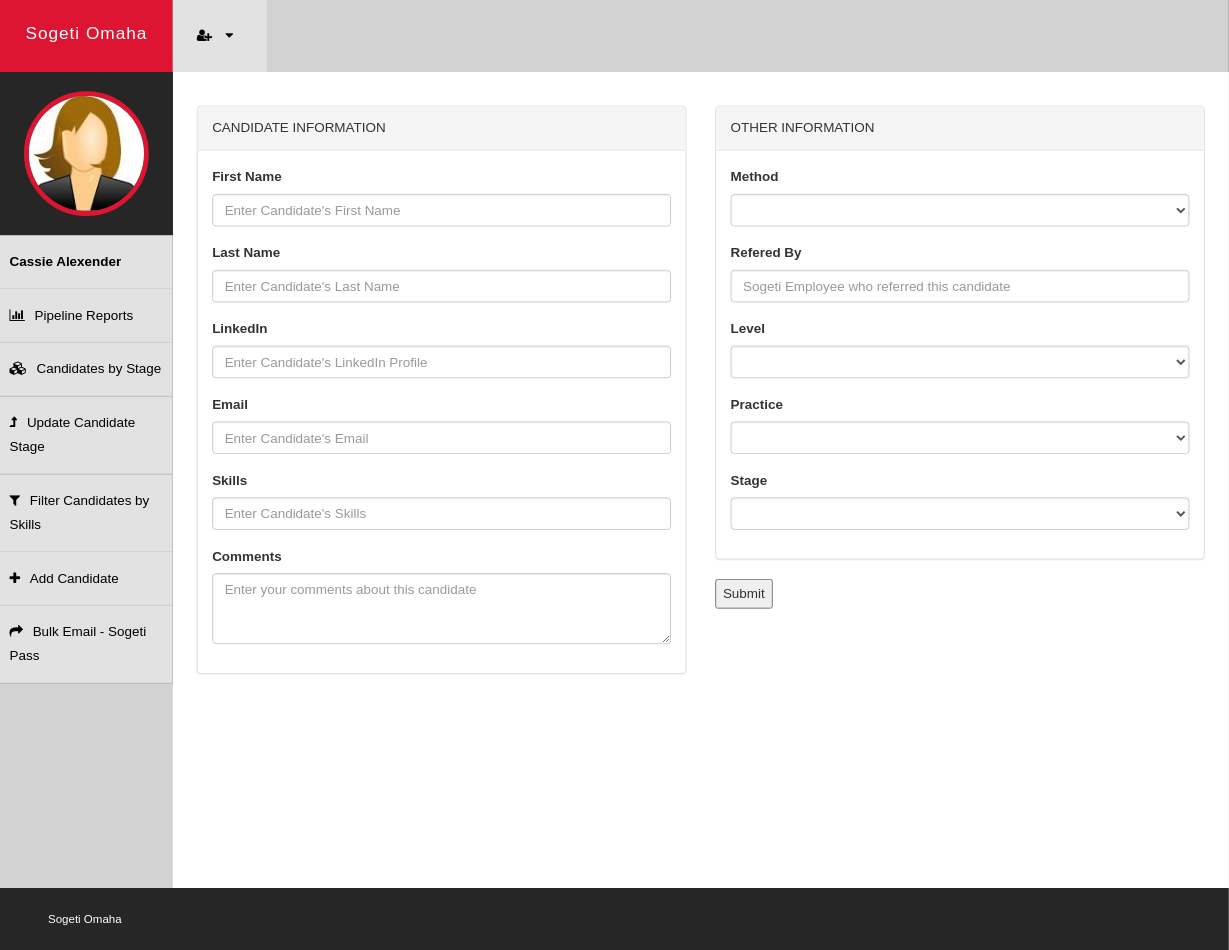
Repository: prasanana/Omaha-Sogeti-Recruiting
Page: http://localhost/Omaha_Sogeti_Recruitment/AddCandidate.jsp
An editor plug-in stored every save of this project. The page is shown before and after the next save, followed by the edit.
The browser window is 1280 px wide. The pictures show the whole page, at 96% of full size.
Some web fonts or font styles are not loaded; a fallback is used. The page is served by Tomcat 9. Other server files are loaded and not shown. The template is opened directly, without the code that normally fills it, so the values that code supplies are empty.

Above is the page before, as saved 2015-03-25 18:12:16.

### OmahaSogetiRecruitingWS/Omaha_Sogeti_Recruitment/WebContent/AddCandidate.jsp
<%@ taglib uri="http://java.sun.com/jsp/jstl/core" prefix="c" %>
<%@ taglib uri="http://java.sun.com/jsp/jstl/fmt" prefix="fmt" %>
<%@ taglib prefix="fn" uri="http://java.sun.com/jsp/jstl/functions" %>
<%@ page language="java" contentType="text/html; charset=ISO-8859-1"
    pageEncoding="ISO-8859-1"%>
<!DOCTYPE html>
<html xmlns="http://www.w3.org/1999/xhtml">
<head>
<meta http-equiv="Content-Type" content="text/html; charset=ISO-8859-1">
<title>Add Candidate</title>
<link href="${pageContext.request.contextPath}/stylesheets/bootstrap.css" rel="stylesheet" >
<link href="${pageContext.request.contextPath}/stylesheets/font-awesome.css" rel="stylesheet">
<link href="${pageContext.request.contextPath}/stylesheets/style.css" rel="stylesheet"/>
<link href="${pageContext.request.contextPath}/stylesheets/jquery-ui.css" rel="stylesheet"/>
</head>
<body onload = "AddCandidateOnLoad()">
<div id="wrapper">
        <nav class="navbar navbar-default navbar-cls-top " role="navigation" style="margin-bottom: 0">
            <div class="navbar-header">
                <a  class="navbar-brand" href="#">Sogeti Omaha
                </a>
            </div>

            <div class="notifications-wrapper">
<ul class="nav">

                <li class="dropdown">
                    <a class="dropdown-toggle" data-toggle="dropdown" href="#">
                        <i class="fa fa-user-plus"></i>  <i class="fa fa-caret-down"></i>
                    </a>
                    <ul class="dropdown-menu dropdown-user">
                        <li><a href="#"><i class="fa fa-user-plus"></i> My Profile</a>
                        </li>
                        <li class="divider"></li>
                        <li><a href="#"><i class="fa fa-sign-out"></i> Logout</a>
                        </li>
                    </ul>
                </li>
            </ul>
            </div>
        </nav>
        <!-- /. NAV TOP  -->
        <nav  class="navbar-default navbar-side" role="navigation">
            <div class="sidebar-collapse">
                <ul class="nav" id="main-menu">
                    <li>
                        <div class="user-img-div">
                            <img src="${pageContext.request.contextPath}/images/user.jpg" class="img-circle" />
                        </div>

                    </li>
                     <li>
                        <a  href="#"> <strong> Cassie Alexender </strong></a>
                    </li>

                    <li>
                        <a   href="https://public.tableausoftware.com/profile/prasanna7470#!/vizhome/SalesMeetingRecruitingPipelineworkbook/SalesMeetingRecruitingPipeline" target="_blank">
                        <i class="fa fa-bar-chart "></i>Pipeline Reports</a>
                    </li>
                    <li>
                        <a href="${pageContext.request.contextPath}/CandidateByStage"><i class="fa fa-cubes "></i>Candidates by Stage</a>

                    </li>

                    <li>
                        <a href="${pageContext.request.contextPath}/UpdateCandidateStage"><i class="fa fa-level-up "></i>Update Candidate Stage </a>

                    </li>


                     <li>
                        <a href="${pageContext.request.contextPath}/FilterCandidates"><i class="fa fa-filter "></i>Filter Candidates by Skills</a>
                    </li>

                    <li>
                        <a href="${pageContext.request.contextPath}/AddCandidate"><i class="fa fa-plus "></i>Add Candidate</a>
                    </li>

                    <li>
                        <a href="${pageContext.request.contextPath}/SendEmail"><i class="fa fa-share "></i>Bulk Email - Sogeti Pass</a>
                    </li>

                </ul>
            </div>

        </nav>
        <!-- /. SIDEBAR MENU (navbar-side) -->
        <div id="page-wrapper" class="page-wrapper-cls">
            <div id="page-inner">
            <div class="row">
            <form name = "addCandidateForm" action="AddCandidate" method="post">
            <input type = "hidden" id = "hiddenSkills" name = "hiddenSkills" value = "${fn:escapeXml(skillSet)}"/>
                    <div class="col-md-6">
                        <div class="panel panel-default">
                        <div class="panel-heading">
                           CANDIDATE INFORMATION
                        </div>
                        <div class="panel-body">
  <div class="form-group">
    <label for="AddCandidateFirstName">First Name</label>
    <input type="text" class="form-control" id="AddCandidateFirstName" name = "AddCandidateFirstName" placeholder="Enter Candidate's First Name" required/>
  </div>
  <div class="form-group">
    <label for="AddCandidateLastName">Last Name</label>
    <input type="text" class="form-control" id="AddCandidateLastName" name = "AddCandidateLastName" placeholder="Enter Candidate's Last Name" required/>
  </div>
  <div class="form-group">
    <label for="AddCandidateLinkedIn">LinkedIn</label>
    <input type="text" class="form-control" id="AddCandidateLinkedIn" name = "AddCandidateLinkedIn" placeholder="Enter Candidate's LinkedIn Profile" />
  </div>
  <div class="form-group">
    <label for="AddCandidateEmail">Email</label>
    <input type="email" class="form-control" id="AddCandidateEmail" name = "AddCandidateEmail" placeholder="Enter Candidate's Email" required/>
  </div>
  <div class="form-group">
    <label for="AddCandidateSKill">Skills</label>
    <input type="text" class="form-control" id="AddCandidateSKill" name = "AddCandidateSKill" placeholder="Enter Candidate's Skills"/>
  </div>
  <div class="form-group">
    <label for="AddCandidateComments">Comments</label>
  <textarea class="form-control" rows="3" placeholder="Enter your comments about this candidate" id = "AddCandidateComments" name = "AddCandidateComments"></textarea>
  </div>
                            </div>
                            </div>
                    </div>
                   <div class="col-md-6">
                        <div class="panel panel-default">
                        <div class="panel-heading">
                           OTHER INFORMATION
                        </div>
                        <div class="panel-body">
                         <div class="form-group">
    						<label for="AddCandidateMethod">Method</label>

  							<select class="form-control" id = "AddCandidateMethod" name = "AddCandidateMethod" onchange = "showHideReferrer(this)">
                                                <c:forEach items="${addCandidateMethods}" var="addCandidateMethods">
					          <option value="${addCandidateMethods.key}">${addCandidateMethods.value}</option>
					        </c:forEach>
                           </select>
  						</div>
  						<div class="form-group" id = "referrer">
    						<label for="AddCandidateMethodReferal">Refered By</label>
  							<input type="text" class="form-control" id="AddCandidateMethodReferal" name = "AddCandidateMethodReferal" placeholder="Sogeti Employee who referred this candidate" />
  						</div>
  						<div class="form-group">
    						<label for="AddCandidateLevel">Level</label>
  							<select class="form-control" id = "AddCandidateLevel" name = "AddCandidateLevel">
                                                <c:forEach items="${addCandidateLevels}" var="addCandidateLevels">
					          <option value="${addCandidateLevels}">${addCandidateLevels}</option>
					        </c:forEach>
                           </select>
  						</div>
  						<div class="form-group">
    						<label for="AddCandidatePractice">Practice</label>
  							<select class="form-control" id = "AddCandidatePractice" name = "AddCandidatePractice">
                                                <c:forEach items="${addCandidatePractices}" var="addCandidatePractices">
					          <option value="${addCandidatePractices.key}">${addCandidatePractices.value}</option>
					        </c:forEach>
                           </select>
  						</div>
  						<div class="form-group">
    						<label for="AddCandidateStage">Stage</label>
  							<select class="form-control" id = "AddCandidateStage" name = "AddCandidateStage">
                                                <c:forEach items="${addCandidateStages}" var="addCandidateStages">
					          <option value="${addCandidateStages.key}">${addCandidateStages.value}</option>
					        </c:forEach>
                           </select>
  						</div>
                        </div>
                            </div>
                        </div>
                        <div class="col-md-6">
                    <input type = "submit" id = "addCandidateSubmit" value = "Submit" />
                    </div>
                   </form>
                </div>
            </div>
            <!-- /. PAGE INNER  -->
        </div>
        <!-- /. PAGE WRAPPER  -->
    </div>
    <!-- /. WRAPPER  -->
    <footer >
        Sogeti Omaha
    </footer>
    <!-- /. FOOTER  -->
    <!-- SCRIPTS -AT THE BOTOM TO REDUCE THE LOAD TIME-->
<script src="${pageContext.request.contextPath}/javascript/jquery-2.1.3.min.js"></script>
<script src="${pageContext.request.contextPath}/javascript/bootstrap.js"></script>
<script src="${pageContext.request.contextPath}/javascript/jquery.metisMenu.js"></script>
<script src="${pageContext.request.contextPath}/javascript/custom.js"></script>
<script src="${pageContext.request.contextPath}/javascript/jquery-ui.js"></script>
<script src="${pageContext.request.contextPath}/javascript/AddCandidate.js"></script>
</body>
</html>

### OmahaSogetiRecruitingWS/Omaha_Sogeti_Recruitment/WebContent/stylesheets/style.css

/*=============================================================
    Authour URL: www.designbootstrap.com

    http://www.designbootstrap.com/

    License: MIT

    http://opensource.org/licenses/MIT

    100% Free To use For Personal And Commercial Use.

    IN EXCHANGE JUST TELL PEOPLE ABOUT THIS WEBSITE

========================================================  */



/*==============================================
    GENERAL  STYLES
 =============================================*/

@import url(http://fonts.googleapis.com/css?family=Raleway);

body {
   font-family: 'Raleway', sans-serif;
    line-height:25px;
    font-size:14px;
}

#wrapper {
    width: 100%;
    background: #d2d2d2;
}

#page-wrapper {
    padding: 15px 15px;
    min-height: 800px;
    background: #fff;
}

#page-inner {
    width: 100%;
    margin: 10px 20px 10px 0px;
    background-color: #fff!important;
    padding: 10px;
    min-height: 800px;
}

.page-head-line {
    font-size: 30px;
    text-transform: uppercase;
    color: #000;
    font-weight: 800;
    padding-bottom: 20px;
    border-bottom: 2px solid #d2d2d2;
    margin-bottom: 30px;
}

.btn {
    border-radius:0px!important;
    -moz-border-radius:0px!important;
    -webkit-border-radius:0px!important;
}

.progress {
    height: 5px;
}
.nav-pills > li.active > a, .nav-pills > li.active > a:hover, .nav-pills > li.active > a:focus {
    color: #A3A3A3!important;
}


/*==============================================
    MENU STYLES
 =============================================*/


.navbar-cls-top .navbar-brand {
    color: #fff;
    background: #DD1533;
    width: 180px;
    text-align: center;
    height: 75px;
    font-size: 18px;
    letter-spacing: 1px;
    padding-top: 25px;
}
.navbar-cls-top .navbar-brand:hover {
    background: #DD1533;
    color: #fff;
}
.header-right {
    color: #fff;
    padding: 15px 50px 5px 50px;
    float: right;
    font-size: 16px;
}
.user-img-div {
    min-height: 130px;
    padding: 20px;
    background-color: #262626;
    text-align:center;
}

    .user-img-div img {
        height: 130px;
        border: 5px solid #DD1533;
    }


.active-menu {
    background-color: #fff!important;
    border-left: 5px solid #DD1533;
}
.active-menu-top {
    background-color: #000!important;
}

.arrow {
    float: right;
}

.fa.arrow:before {
    content: "\f104";
}

.active > a > .fa.arrow:before {
    content: "\f107";
}


.nav-second-level li,
.nav-third-level li {
    border-bottom: none !important;
}

    .nav-second-level li a {
        padding-left: 37px;
    }

    .nav-third-level li a {
        padding-left: 55px;
    }

.sidebar-collapse, .sidebar-collapse .nav {
    background: none;
}

    .sidebar-collapse .nav {
        padding: 0;
    }

        .sidebar-collapse .nav > li > a {
           color: #000;
background: #E2E2E2;
text-shadow: none;
border-bottom: 1px solid #D2D2D2;
        }

    .sidebar-collapse > .nav > li > a {
        padding: 15px 10px;
    }

    .sidebar-collapse .nav > li > a:hover,
    .sidebar-collapse .nav > li > a:focus {
        background: #D2D2D2;
        outline: 0;
    }



.nav-second-level > li:last-child > a:after,
.nav-third-level > li:last-child > a:after {
    height: 50%;
}

.nav-third-level > li > a:after,
.nav-third-level > li > a:before {
    left: 40px;
}

.navbar-side {
    border: none;
    background-color: #202020;
}

.navbar-cls-top {
    background: #262626;
    border-bottom: none;
}


.navbar-default {
    border: 0px solid black;
}

.navbar-header {
    background: #000000;
}

.navbar-default .navbar-toggle:hover, .navbar-default .navbar-toggle:focus {
    background-color: #DD1533;
}

.navbar-default .navbar-toggle {
    border-color: #fff;
}

    .navbar-default .navbar-toggle .icon-bar {
        background-color: #FFF;

    }

.nav > li > a > i {
    margin-right: 10px;
}

/*==============================================
    NOTIFICATION  STYLES
 =============================================*/
.notifications-wrapper {
margin-left:3px;
}

.notifications-wrapper .nav {
    background-color: #D2d2d2;
}
.notifications-wrapper li {
display: inline-block;
}


.notifications-wrapper li a {
padding: 25px;
min-height: 50px;
}



.notifications-wrapper .dropdown-tasks {
width: 250px;
min-width: 0;
}


.notifications-wrapper .dropdown-menu li {
display: block;
}

.notifications-wrapper .dropdown-menu li a {
padding: 3px 20px;
min-height: 0;
}
.notifications-wrapper .nav > li > a {
    background-color: #E2E2E2;
    color:#000;
}
.notifications-wrapper .nav > li > a:hover, .nav > li > a:focus {
text-decoration: none;
background-color: #FFF!important;
    color:#DD1533;

}
.notifications-wrapper .dropdown-menu {
    margin:0px;
     border-radius:0px!important;
    -moz-border-radius:0px!important;
    -webkit-border-radius:0px!important;
}

/*==============================================
    FOOTER  STYLES
 =============================================*/
footer {
    background-color:#262626;
    padding:20px 50px;
    color:#fff;
    font-size:12px;
}

    footer a {
        color:#fff;
    }
   footer a:hover, footer a:focus {
        color:#fff;
        text-decoration:none;
    }

/*===============================================================================================
    DASHBOARD STYLES
 ===============================================================================================*/

.style-box-one {
    text-align: center;
    padding: 20px;
     margin-bottom: 40px;
    border-left: 10px solid #262626;
}

    .style-box-one a, .style-box-one a:hover {
        color: #fff;
        text-decoration: none;
    }

    .style-box-one span {
        font-size: 50px;
        padding-bottom: 10px;
    }

.Style-one-clr-one {
    background-color: #d96614;
}

.Style-one-clr-two {
    background-color: #2bbeb5;
}

.Style-one-clr-three {
    background-color: #e83dab;
}

.Style-one-clr-four {
    background-color: #adab36;
}

.current-notices ul {
    padding-left:20px;
    list-style:decimal-leading-zero;
    line-height:30px;
}

/*==============================================
    MEDIA QUERIES
  =============================================*/

@media (min-width:768px) {
    .page-wrapper-cls {
        margin: 0 0 0 180px;
    }


    .navbar-side {
        z-index: 1;
        position: absolute;
        width: 180px;
    }

    .navbar {
        border-radius: 0px;
    }
}
@media (min-width:280px) and (max-width:767px ){
    #menuClose {
        visibility:hidden;
    }
}

### OmahaSogetiRecruitingWS/Omaha_Sogeti_Recruitment/WebContent/javascript/custom.js
/*=============================================================
    Authour URL: www.designbootstrap.com

    http://www.designbootstrap.com/

    License: MIT

    http://opensource.org/licenses/MIT

    100% Free To use For Personal And Commercial Use.

    IN EXCHANGE JUST TELL PEOPLE ABOUT THIS WEBSITE

========================================================  */

$(document).ready(function () {

    /*====================================
           METIS MENU
     ======================================*/

    $('#main-menu').metisMenu();

    /*======================================
    LOAD APPROPRIATE MENU BAR ON SIZE SCREEN
    ========================================*/

    $(window).bind("load resize", function () {
        if ($(this).width() < 768) {
            $('div.sidebar-collapse').addClass('collapse')
        } else {
            $('div.sidebar-collapse').removeClass('collapse')
        }
    });
    /*======================================
   WRITE YOUR SCRIPTS BELOW
   ========================================*/



});

### OmahaSogetiRecruitingWS/Omaha_Sogeti_Recruitment/WebContent/javascript/AddCandidate.js
function AddCandidateOnLoad(){
	//changed
	document.getElementById("referrer").style.display = 'block';

	autoCompleteSkills();

}

function showHideReferrer(method){
	//alert(method.value);
	if(method.value == "1"){
		document.getElementById("referrer").style.display = 'block';
	}
	else{
		document.getElementById("referrer").style.display = 'none';
	}
}

function autoCompleteSkills(){

	$(function() {
		var tags = document.getElementById("hiddenSkills").value;
		//tags.substring(0, tags.length - 1
		var availableTags = tags.split(",");
		//alert(document.getElementById("hiddenSkills").value);
	    function split( val ) {
	      return val.split( /,\s*/ );
	    }
	    function extractLast( term ) {
	      return split( term ).pop();
	    }

	    $( "#AddCandidateSKill" )
	      // don't navigate away from the field on tab when selecting an item
	      .bind( "keydown", function( event ) {
	        if ( event.keyCode === $.ui.keyCode.TAB &&
	            $( this ).autocomplete( "instance" ).menu.active ) {
	          event.preventDefault();
	        }
	      })
	      .autocomplete({
	        minLength: 0,
	        source: function( request, response ) {
	          // delegate back to autocomplete, but extract the last term
	          response( $.ui.autocomplete.filter(
	            availableTags, extractLast( request.term ) ) );
	        },
	        focus: function() {
	          // prevent value inserted on focus
	          return false;
	        },
	        select: function( event, ui ) {
	          var terms = split( this.value );
	          // remove the current input
	          terms.pop();
	          // add the selected item
	          terms.push( ui.item.value );
	          // add placeholder to get the comma-and-space at the end
	          terms.push( "" );
	          this.value = terms.join( ", " );
	          return false;
	        }
	      });
	  });

}

Loaded but not shown: OmahaSogetiRecruitingWS/Omaha_Sogeti_Recruitment/WebContent/stylesheets/bootstrap.css (library); OmahaSogetiRecruitingWS/Omaha_Sogeti_Recruitment/WebContent/stylesheets/font-awesome.css (library); OmahaSogetiRecruitingWS/Omaha_Sogeti_Recruitment/WebContent/stylesheets/jquery-ui.css (library); OmahaSogetiRecruitingWS/Omaha_Sogeti_Recruitment/WebContent/javascript/jquery-2.1.3.min.js (library); OmahaSogetiRecruitingWS/Omaha_Sogeti_Recruitment/WebContent/javascript/bootstrap.js (library); OmahaSogetiRecruitingWS/Omaha_Sogeti_Recruitment/WebContent/javascript/jquery.metisMenu.js (common file); OmahaSogetiRecruitingWS/Omaha_Sogeti_Recruitment/WebContent/javascript/jquery-ui.js (library)

After the next save:
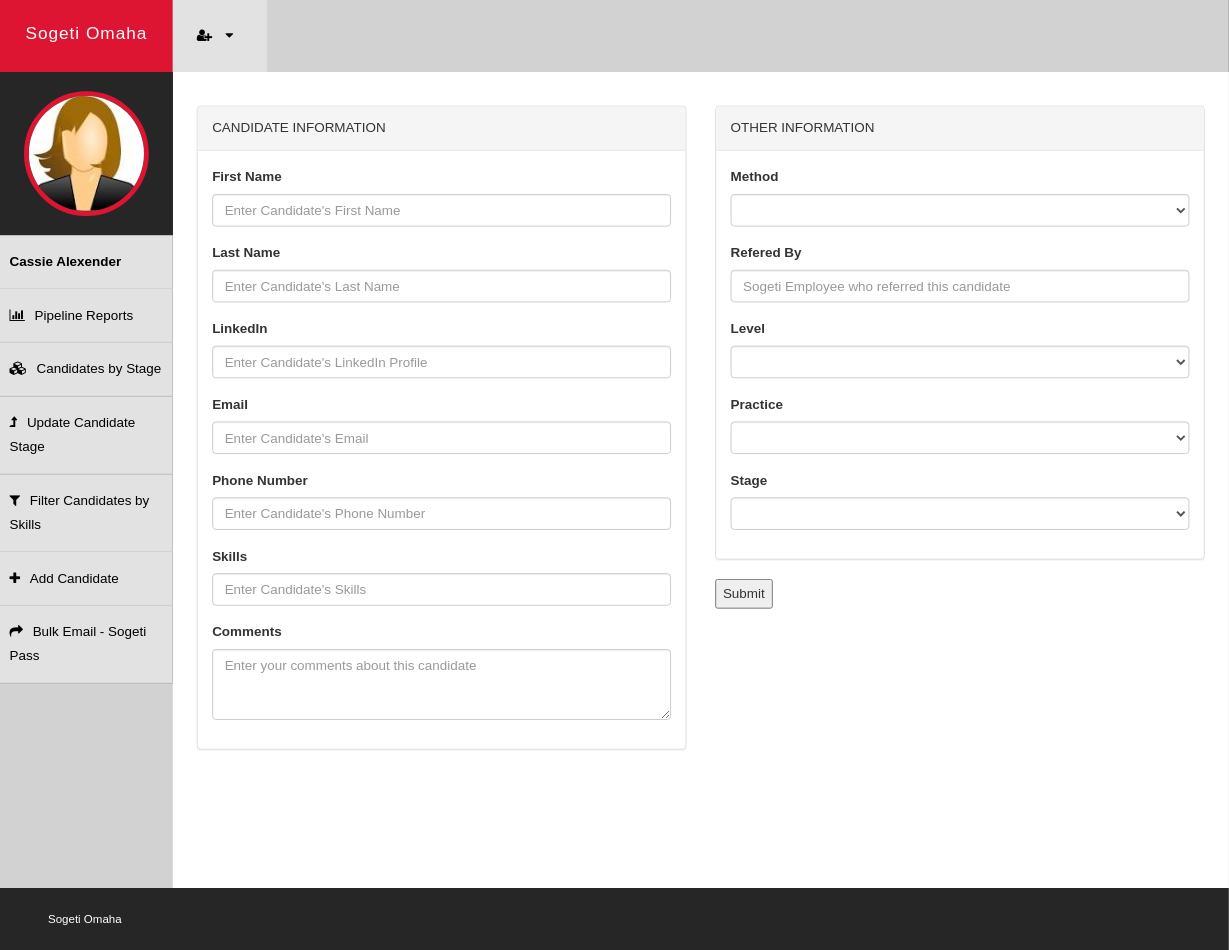
Saved 51 min 43 s later.
--- a/OmahaSogetiRecruitingWS/Omaha_Sogeti_Recruitment/WebContent/AddCandidate.jsp
+++ b/OmahaSogetiRecruitingWS/Omaha_Sogeti_Recruitment/WebContent/AddCandidate.jsp
@@ -113,6 +113,10 @@
     <input type="email" class="form-control" id="AddCandidateEmail" name = "AddCandidateEmail" placeholder="Enter Candidate's Email" required/>
   </div>
   <div class="form-group">
+    <label for="AddCandidatePhone">Phone Number</label>
+    <input type="text" class="form-control" id="AddCandidatePhone" name = "AddCandidatePhone" placeholder="Enter Candidate's Phone Number" required/>
+  </div>
+  <div class="form-group">
     <label for="AddCandidateSKill">Skills</label>
     <input type="text" class="form-control" id="AddCandidateSKill" name = "AddCandidateSKill" placeholder="Enter Candidate's Skills"/>
   </div>
